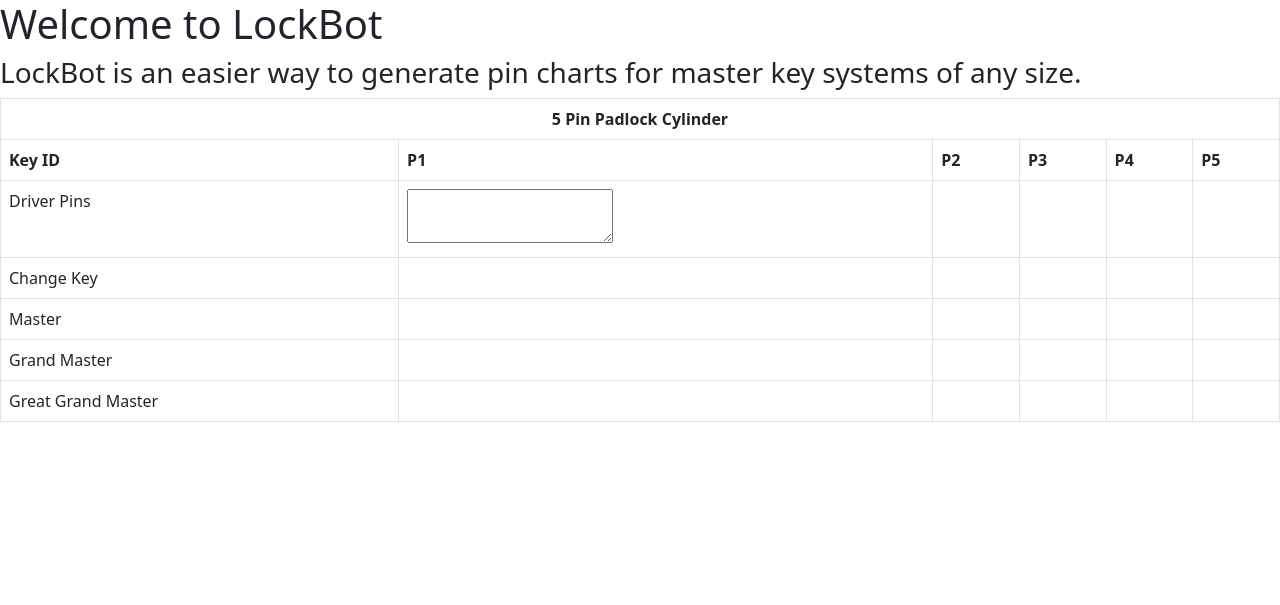
Repository: cobalt88/LockBot
Page: index.html
The author's editor kept a copy of each file at every save. The page is drawn from the files as they stood at one save, then again after the next save.
The browser window is 1280 px wide. The pictures show the whole page.

Above is the page before, as saved 2022-03-26 12:36:41.

### index.html
<!DOCTYPE html>
<html lang="en">
  <head>
    <title>Lock Bot</title>
    <meta charset="UTF-8" />
    <meta http-equiv="X-UA-Compatible" content="IE=edge" />
    <meta name="viewport" content="width=device-width, initial-scale=1.0" />
    <title>Document</title>
    <link
      href="https://cdn.jsdelivr.net/npm/bootstrap@5.1.3/dist/css/bootstrap.min.css"
      rel="stylesheet"
      integrity="sha384-1BmE4kWBq78iYhFldvKuhfTAU6auU8tT94WrHftjDbrCEXSU1oBoqyl2QvZ6jIW3"
      crossorigin="anonymous"
    />
    <link rel="stylesheet" href="./assets/style.css" />
  </head>

  <body>
    <header>
      <!-- create a header/title -->
      <h1>Welcome to LockBot</h1>
      <h3>LockBot is an easier way to generate pin charts for master key systems of any size. </h3>
    </header>
    <main>
      <aside>
        <!-- create a side menu that has a selection of functions based on what they want to do -->
        <!-- yale 5 pin, 6pin, 7pin systems -->
        <!-- LFIC or standard - basically does it need a control key? -->
        <!-- american padlocks, master padlocks -->
        <!-- cam locks, include pin tumbler and wafer cylinder -->
        <!-- yale key systems and keyways flow chart -->
        <!-- load a saved system or start from scratch -->
      </aside>
      <section id="about">
        <!-- create a simple set of instructions for using the application -->
        <!-- provide some examples of how ti use it -->
        <!-- list or explain all the different options available -->
      </section>
      <section>
        <!-- make a table for the actual function. Start with 5 pin padlock -->
        <table class="table table-bordered">
          <tr>
            <th colspan="6" style="text-align: center;"> 5 Pin Padlock Cylinder</th>
          </tr>
          <tr>
            <th>Key ID</th>
            <th>P1</th>
            <th>P2</th>
            <th>P3</th>
            <th>P4</th>
            <th>P5</th>
          </tr>
          <tr>
            <td>Driver Pins</td>
            <td><textarea></textarea></td>
            <td></td>
            <td></td>
            <td></td>
            <td></td>
          </tr>
          <tr>
            <td>Change Key</td>
            <td></td>
            <td></td>
            <td></td>
            <td></td>
            <td></td>
          </tr>
          <tr>
            <td>Master</td>
            <td></td>
            <td></td>
            <td></td>
            <td></td>
            <td></td>
          </tr>
          <tr>
            <td>Grand Master</td>
            <td></td>
            <td></td>
            <td></td>
            <td></td>
            <td></td>
          </tr>
          <tr>
            <td>Great Grand Master</td>
            <td></td>
            <td></td>
            <td></td>
            <td></td>
            <td></td>
          </tr>
        </table>
      </section>
    </main>

    <footer></footer>

    <script
      src="https://cdn.jsdelivr.net/npm/bootstrap@5.1.3/dist/js/bootstrap.bundle.min.js"
      integrity="sha384-ka7Sk0Gln4gmtz2MlQnikT1wXgYsOg+OMhuP+IlRH9sENBO0LRn5q+8nbTov4+1p"
      crossorigin="anonymous"
    ></script>
  </body>
</html>

Loaded but not shown: assets/style.css (no stored copy; drawn as an empty file)

After the next save:
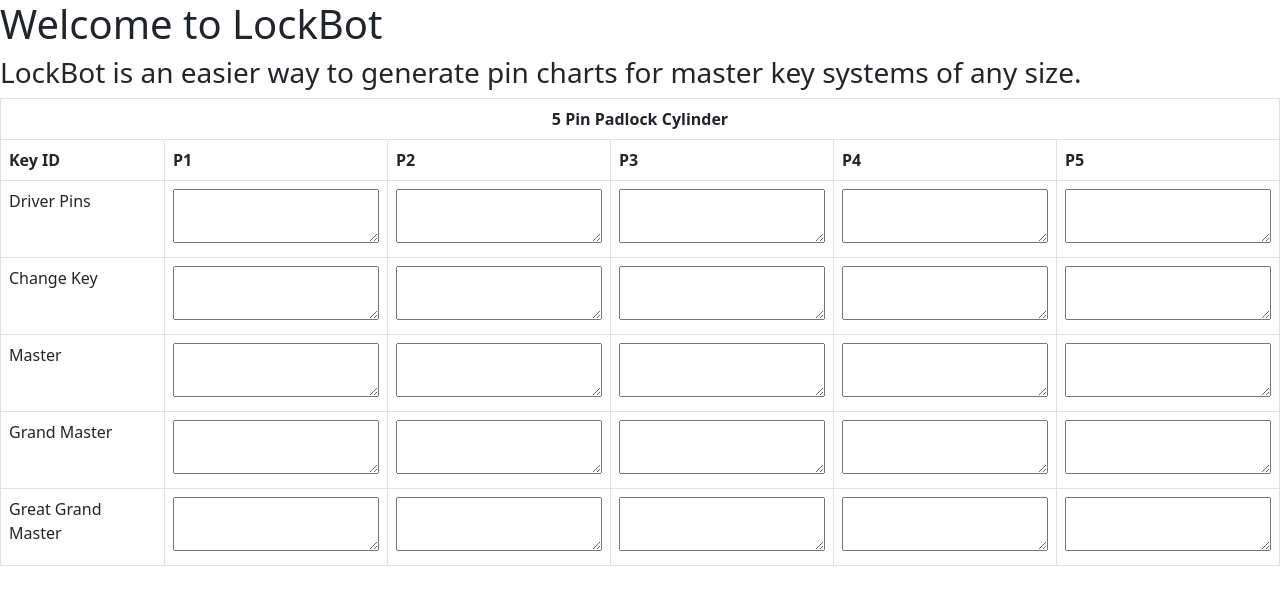
Saved 2 min 18 s later.
--- a/index.html
+++ b/index.html
@@ -53,42 +53,42 @@
           <tr>
             <td>Driver Pins</td>
             <td><textarea></textarea></td>
-            <td></td>
-            <td></td>
-            <td></td>
-            <td></td>
+            <td><textarea></textarea></td>
+            <td><textarea></textarea></td>
+            <td><textarea></textarea></td>
+            <td><textarea></textarea></td>
           </tr>
           <tr>
             <td>Change Key</td>
-            <td></td>
-            <td></td>
-            <td></td>
-            <td></td>
-            <td></td>
+            <td><textarea></textarea></td>
+            <td><textarea></textarea></td>
+            <td><textarea></textarea></td>
+            <td><textarea></textarea></td>
+            <td><textarea></textarea></td>
           </tr>
           <tr>
             <td>Master</td>
-            <td></td>
-            <td></td>
-            <td></td>
-            <td></td>
-            <td></td>
+            <td><textarea></textarea></td>
+            <td><textarea></textarea></td>
+            <td><textarea></textarea></td>
+            <td><textarea></textarea></td>
+            <td><textarea></textarea></td>
           </tr>
           <tr>
             <td>Grand Master</td>
-            <td></td>
-            <td></td>
-            <td></td>
-            <td></td>
-            <td></td>
+            <td><textarea></textarea></td>
+            <td><textarea></textarea></td>
+            <td><textarea></textarea></td>
+            <td><textarea></textarea></td>
+            <td><textarea></textarea></td>
           </tr>
           <tr>
             <td>Great Grand Master</td>
-            <td></td>
-            <td></td>
-            <td></td>
-            <td></td>
-            <td></td>
+            <td><textarea></textarea></td>
+            <td><textarea></textarea></td>
+            <td><textarea></textarea></td>
+            <td><textarea></textarea></td>
+            <td><textarea></textarea></td>
           </tr>
         </table>
       </section>
